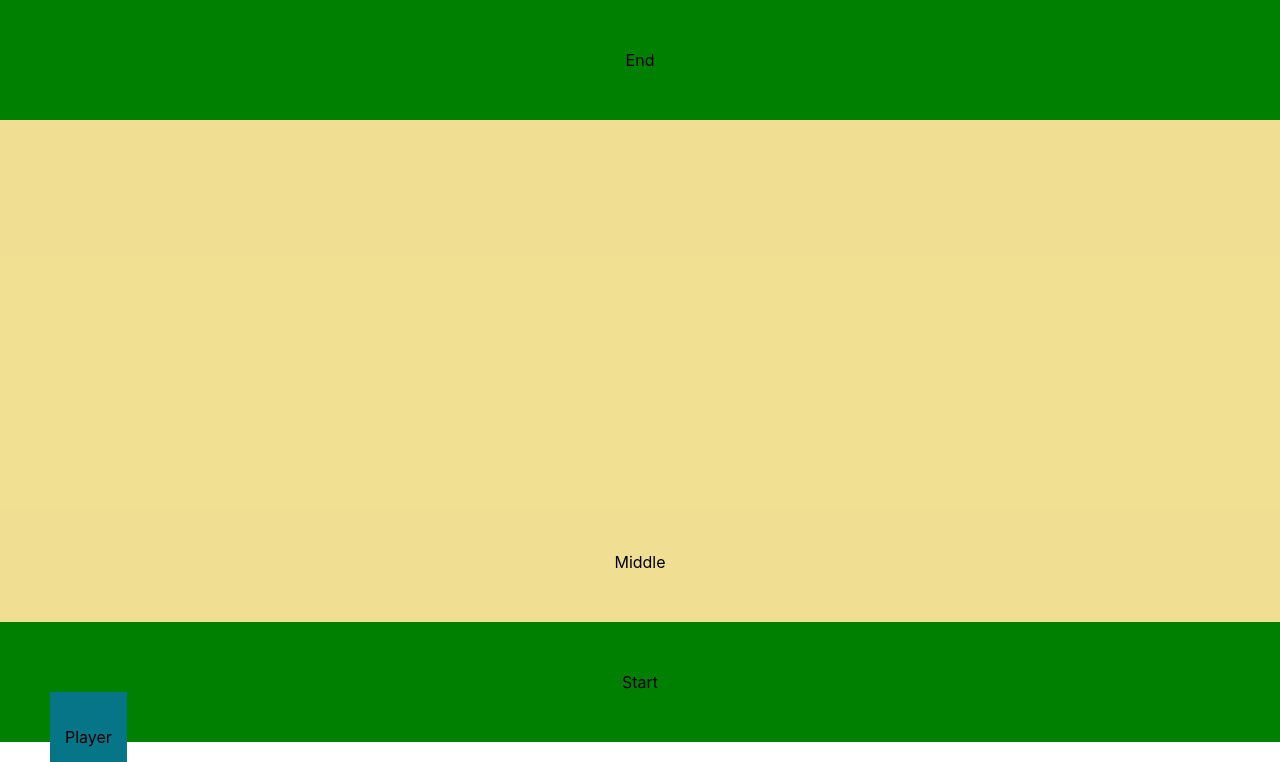
Repository: DerickT02/red-light-green-light
Page: /
An editor plug-in stored every save of this project. The page is shown before and after the next save, followed by the edit.
The browser window is 1280 px wide. The pictures show the whole page.
The project was rebuilt for these pictures with package versions that can differ from the ones it lists, and the page was loaded fresh each time.

Above is the page before, as saved 2021-11-15 07:11:54.

After the next save:
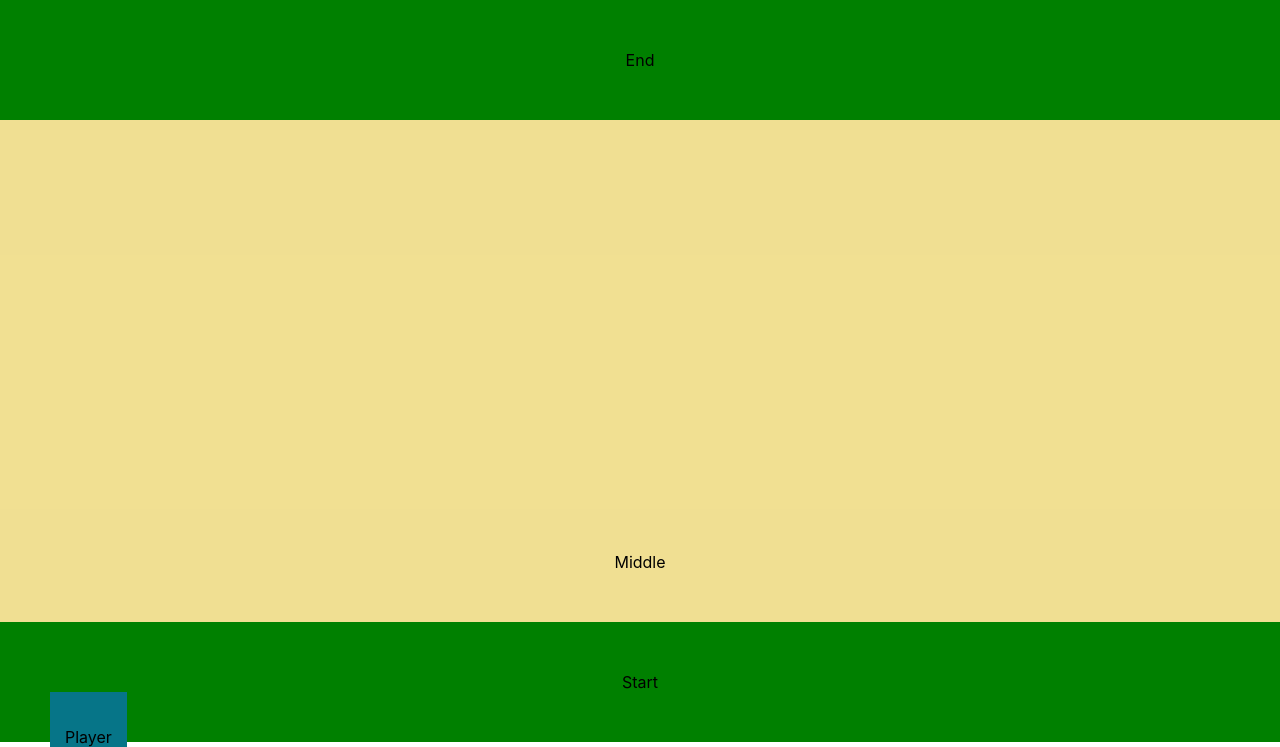
Saved 16 s later.
--- a/src/Player.css
+++ b/src/Player.css
@@ -2,7 +2,7 @@
   position: absolute;
   padding-left: 15px;
   padding-top: 35px;
-  padding-bottom: 15px;
+
   padding-right: 15px;
   background-color: rgb(6, 117, 136);
 
